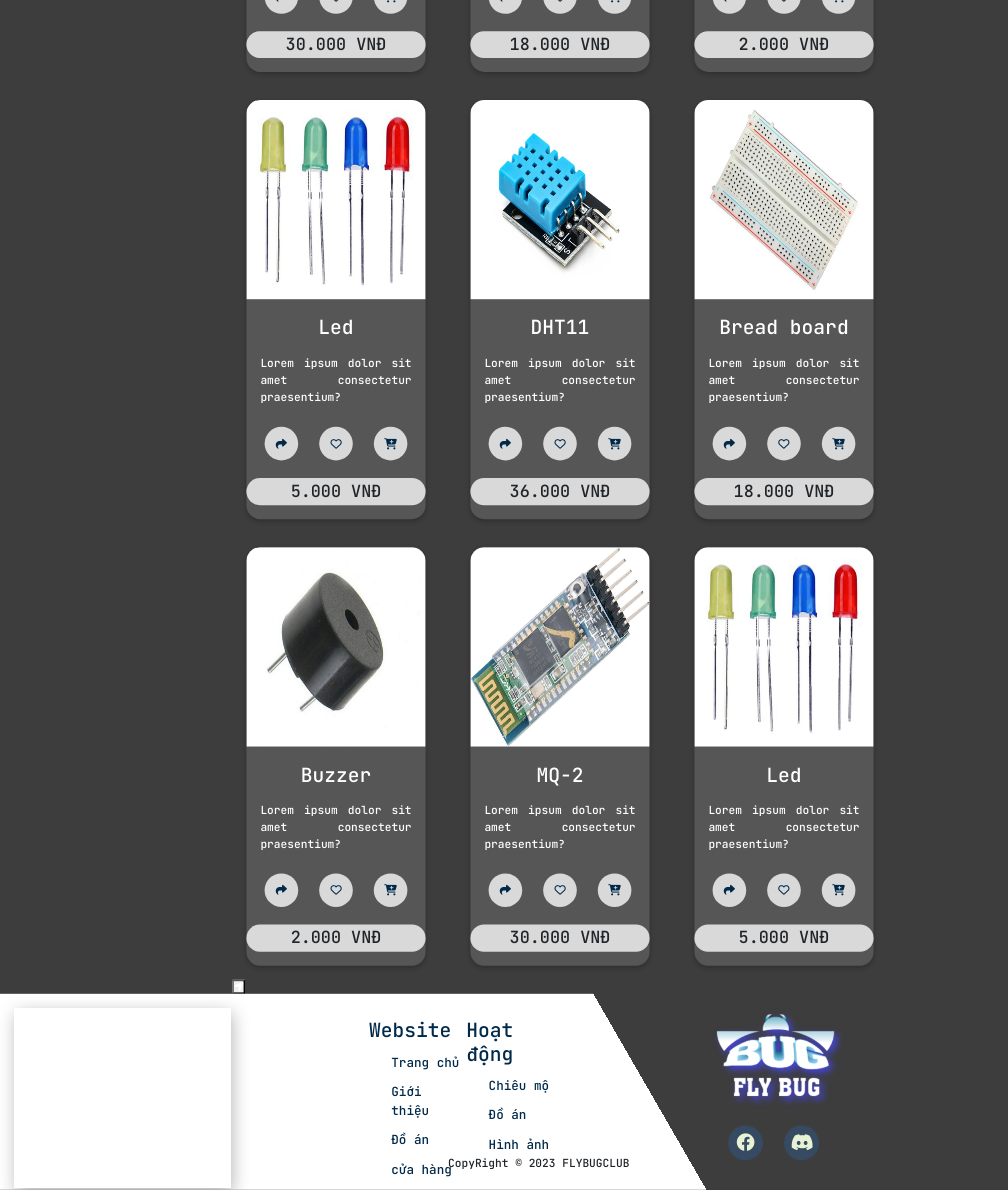
Repository: NQD2308/FlyBugClub_WebApp
Page: PROJECT FLYNUG/html/store.html
These files come from the project's save history. The page is drawn as it stood at one moment and after the next save; the edit follows.
The browser window is 1280 px wide. The page is 1440 px wide, so the pictures cover 1440 px, including what lies to the right of the window. The pictures show the part of the page from y = 994 to 2714 px (the page is 2694 px tall before and 2714 px after), at 70% of full size.
Pictures or frames that could not be fetched are drawn as grey boxes.

Above is the page before, as saved 2023-09-18 11:46:31.

After the next save:
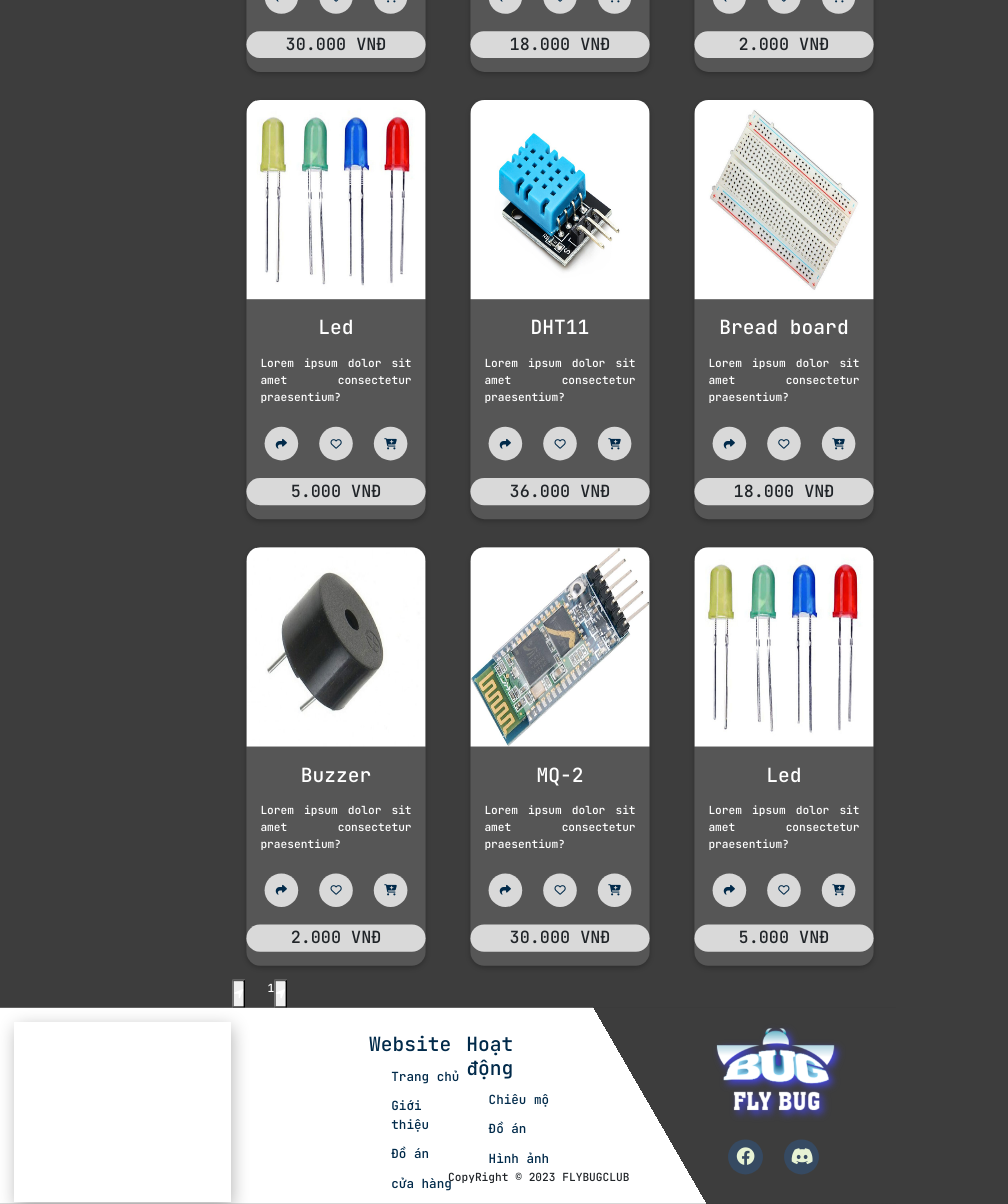
Saved 57 s later.
--- a/PROJECT FLYNUG/html/store.html
+++ b/PROJECT FLYNUG/html/store.html
@@ -340,6 +340,13 @@
                             <button class="btn1">
                                 <i class="fa-solid fa-location-arrow"></i>
                             </button>
+                            <ul>
+                                <li class="link" value="1">1</li>
+                            </ul>
+                            <button class="btn1">
+                                <i class="fa-solid fa-location-arrow"></i>
+                            </button>
+
                         </div>
                     </div>
                 </div>
